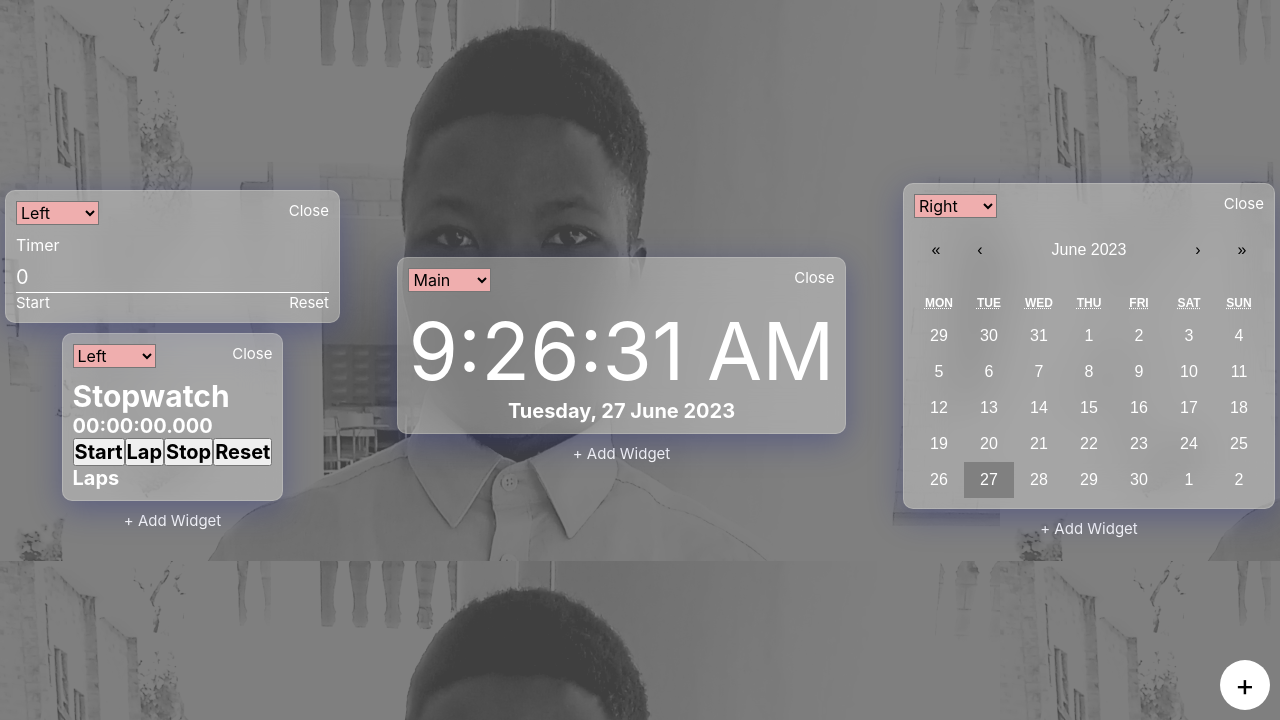
Repository: Angera-Silas/Planner-app
Page: /
These files come from the project's save history. The page is drawn as it stood at one moment and after the next save; the edit follows.
The browser window is 1280 px wide. The pictures show the whole page.
The project was rebuilt for these pictures with package versions that can differ from the ones it lists, and the page was loaded fresh each time. Also part of the build but not shown: src/widgets/ReminderListWidget.js, src/modals/WidgetGalleryModal.js.

Above is the page before, as saved 2023-06-27 17:54:00.

After the next save:
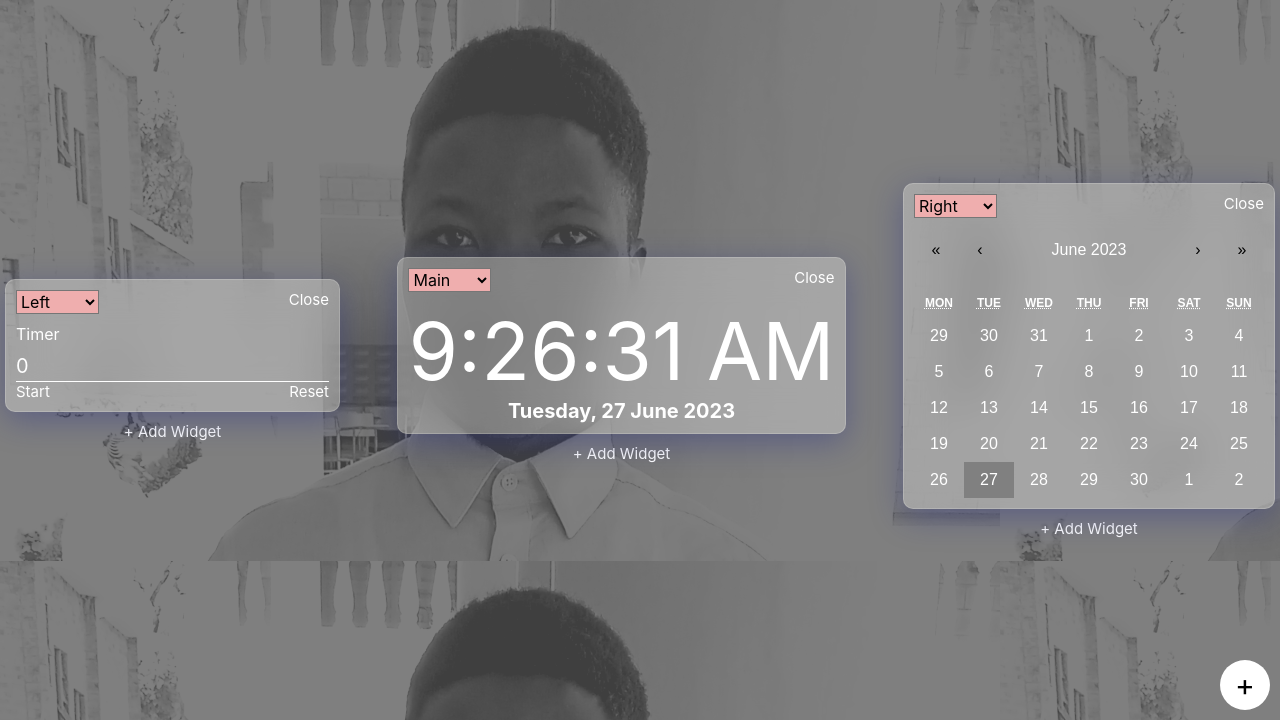
Saved 6 min 28 s later.
--- a/src/App.js
+++ b/src/App.js
@@ -12,7 +12,7 @@ function App() {
   { id: new Date().getTime(), component: <ClockWidget />, area: 'main-widget', name: "Date and Time" },
   { id: new Date().getTime() + 2, component: <CalendarWidget />, area: 'right-widget', name: "Calendar" },
   { id: new Date().getTime() + 1, component: <TimerWidget />, area: 'left-widget', name:"Timer" },
-  { id: new Date().getTime(), component: <MyCustomWidget/>,area:'left-widget',name:"Stopwatch"},
+  { id: new Date().getTime(), component: <MyCustomWidget/>,area:'c-widget',name:"Stopwatch"},
  ])
  const [showWidgetModal, setShowWidgetModal] = useState(false)
  const [selectedWidgetArea, setSelectedWidgetArea] = useState('')
